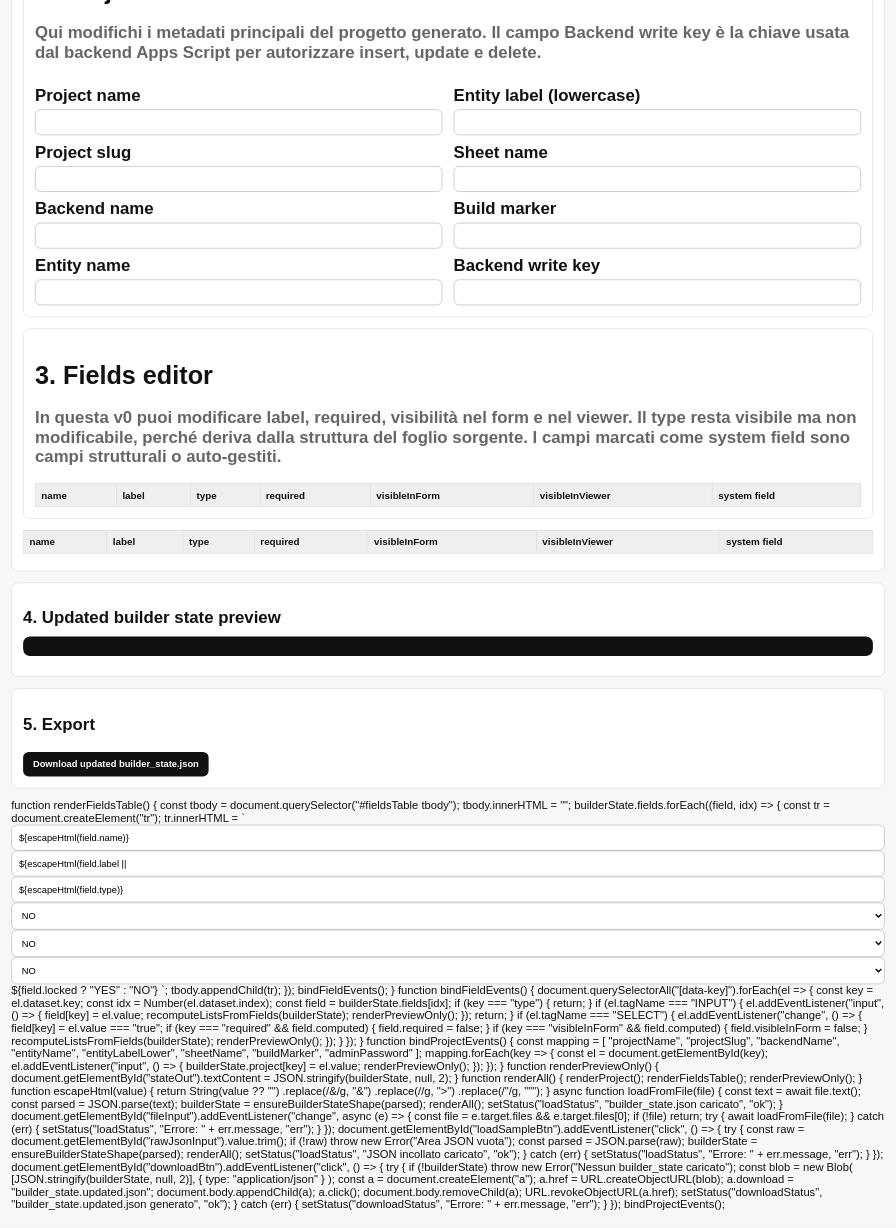
Repository: progettazionemauro/sheets.builder
Page: docs/builder.html
These files come from the project's save history. The page is drawn as it stood at one moment and after a run of saves; the edit follows.
The browser window is 1280 px wide. The pictures show the part of the page from y = 693 to 2613 px (the page is 2447 px tall before and 2613 px after), at 70% of full size.

Above is the page before, as saved 2026-04-13 20:20:22.

After the next 2 saves:
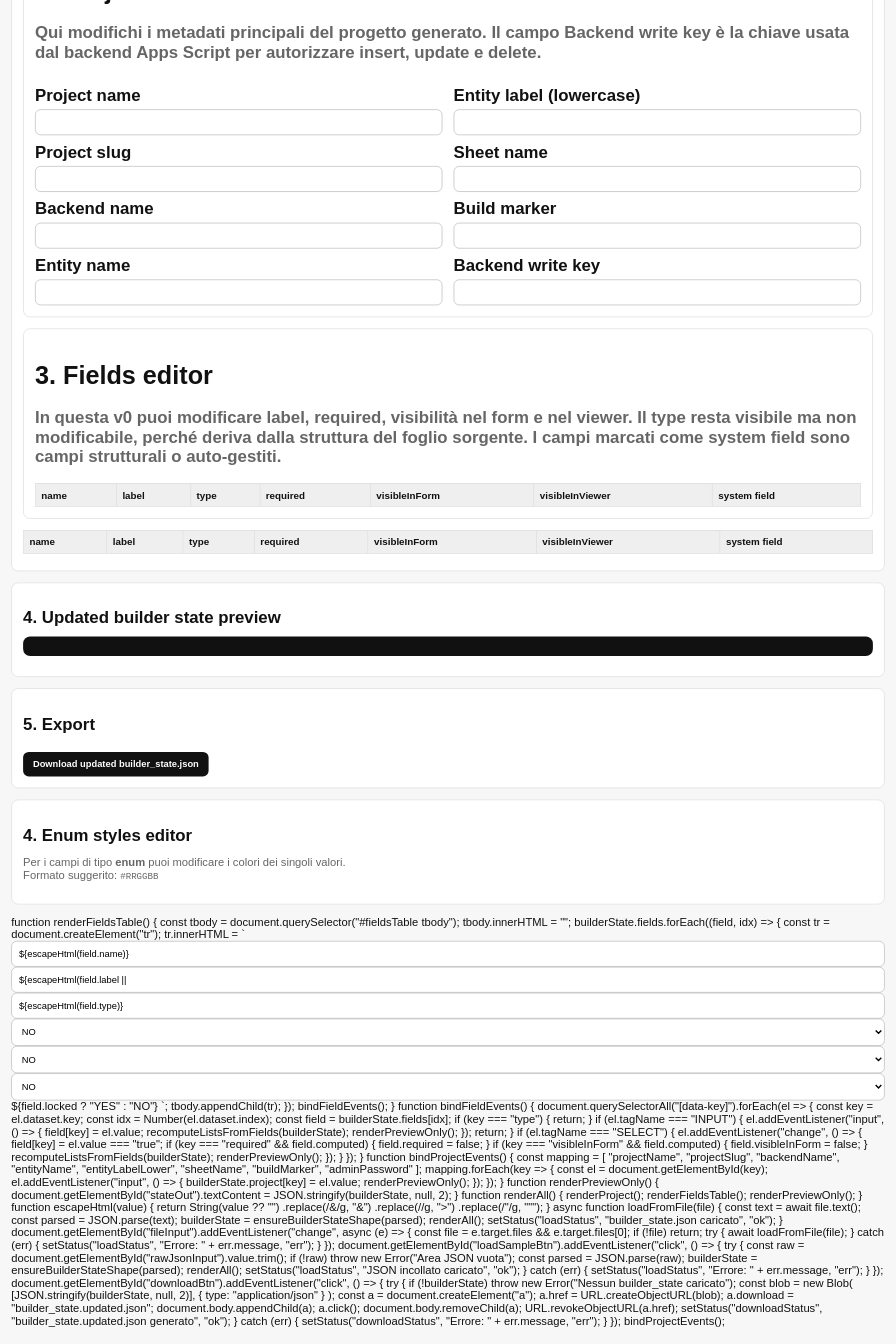
The 2 saves are shown as one change because they came seconds apart.
The last was saved 8 h 4 min later.
--- a/docs/builder.html
+++ b/docs/builder.html
@@ -247,6 +247,16 @@
     </div>
   </div>
 
+    <div class="card">
+    <h2>4. Enum styles editor</h2>
+    <p class="muted">
+      Per i campi di tipo <b>enum</b> puoi modificare i colori dei singoli valori.
+      <br>Formato suggerito: <code>#RRGGBB</code>
+    </p>
+
+    <div id="enumStylesWrap"></div>
+  </div>
+
 <script>
   let builderState = null;
 

After the save that followed:
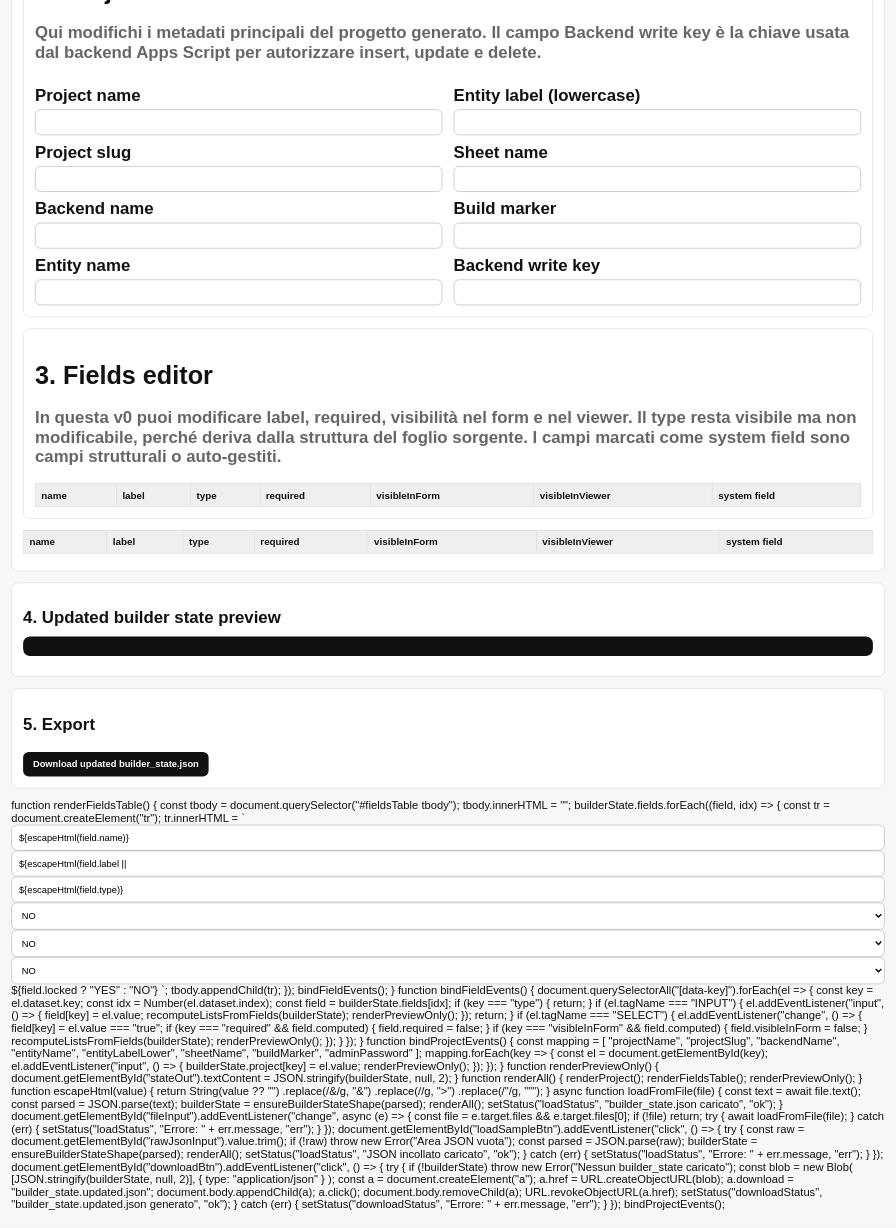
Saved 28 s later.
--- a/docs/builder.html
+++ b/docs/builder.html
@@ -247,15 +247,7 @@
     </div>
   </div>
 
-    <div class="card">
-    <h2>4. Enum styles editor</h2>
-    <p class="muted">
-      Per i campi di tipo <b>enum</b> puoi modificare i colori dei singoli valori.
-      <br>Formato suggerito: <code>#RRGGBB</code>
-    </p>
-
-    <div id="enumStylesWrap"></div>
-  </div>
+
 
 <script>
   let builderState = null;
